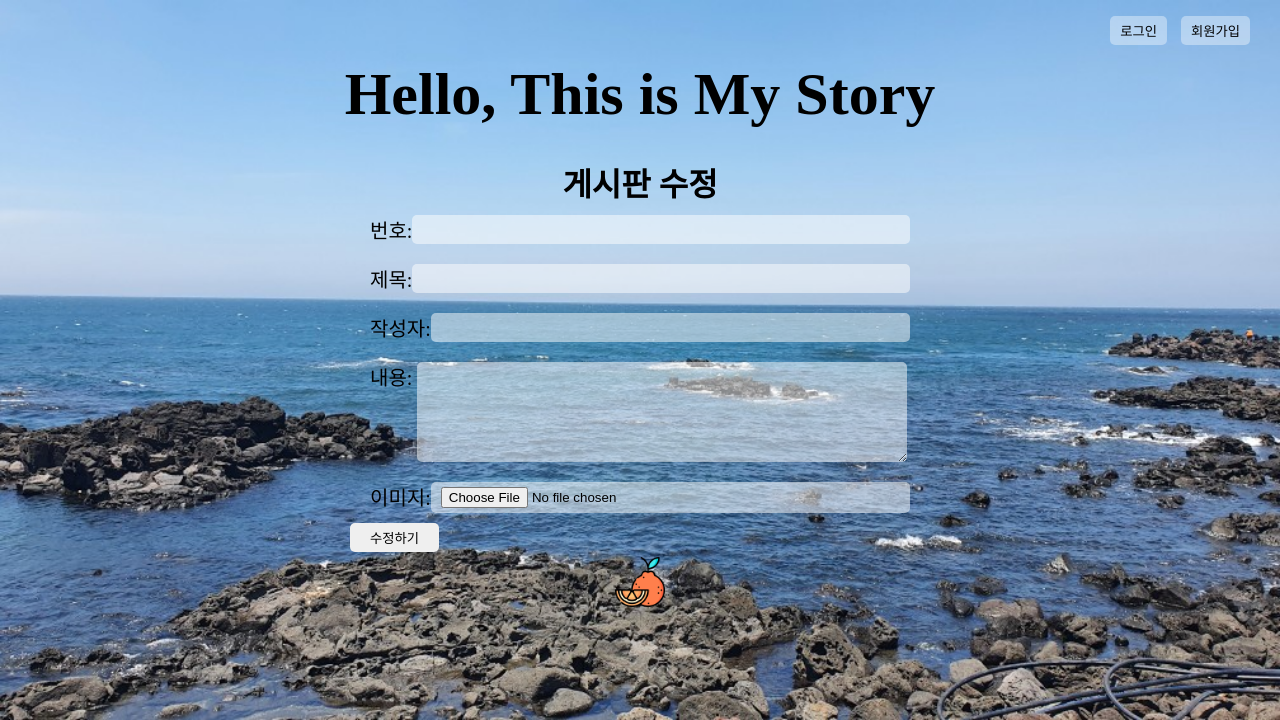
Repository: jeeniii/test2022_12_29
Page: http://localhost/portfolio/board/modify.jsp
An editor plug-in stored every save of this project. The page is shown before and after a run of saves, followed by the edit.
The browser window is 1280 px wide. The pictures show the whole page.
The page is served by Tomcat 9. The template is opened directly, without the code that normally fills it, so the values that code supplies are empty.

Above is the page before, as saved 2022-12-14 03:16:56.

After the next 2 saves:
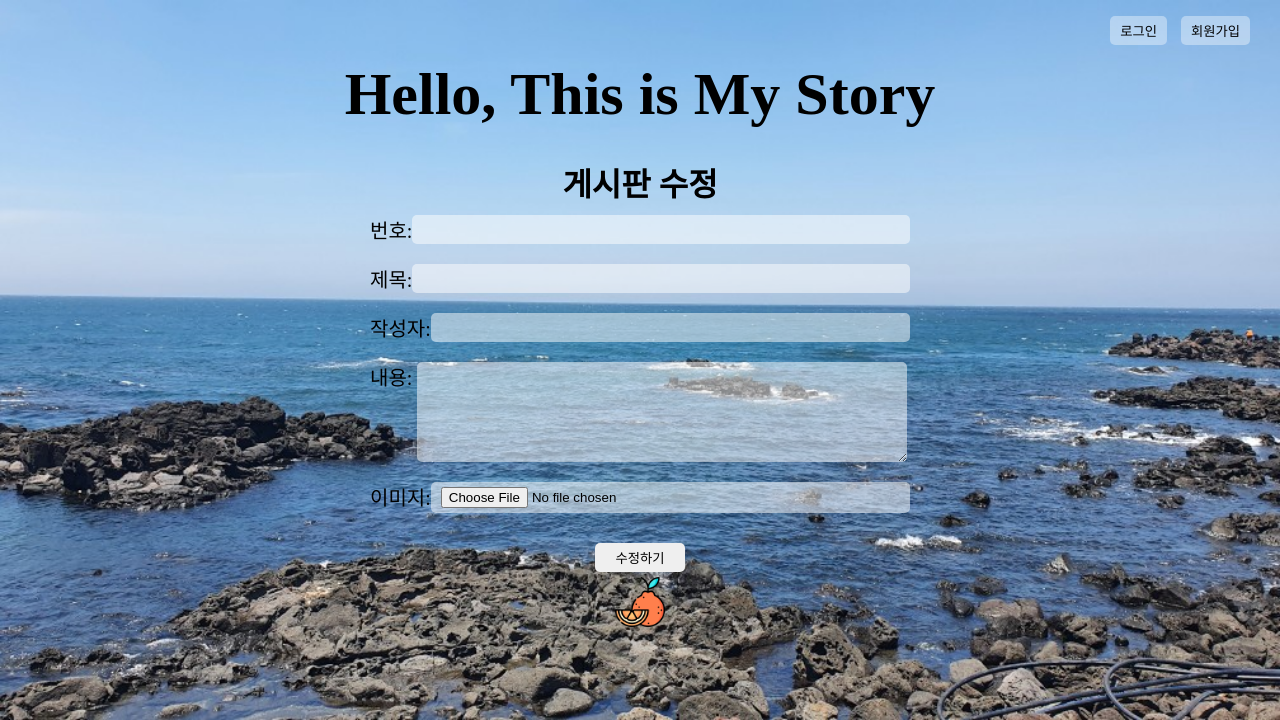
The 2 saves are shown as one change because they came seconds apart.
The last was saved 6 min 12 s later.
--- a/JSP_Portfolio/portfolio/src/main/webapp/board/modify.jsp
+++ b/JSP_Portfolio/portfolio/src/main/webapp/board/modify.jsp
@@ -43,7 +43,9 @@
 			<input type="hidden" name="image_file" value="${bvo.image_file }">
 			<input type="file" name="new_file" accept="image/png, image/jpg, img/jpeg, image/gif">
 		</div>
+		<div class="mb_btn">
 		<button type="submit">수정하기</button>
+		</div>
 	</form>
 </div>
 <%@ include file="/footer.jsp" %>
